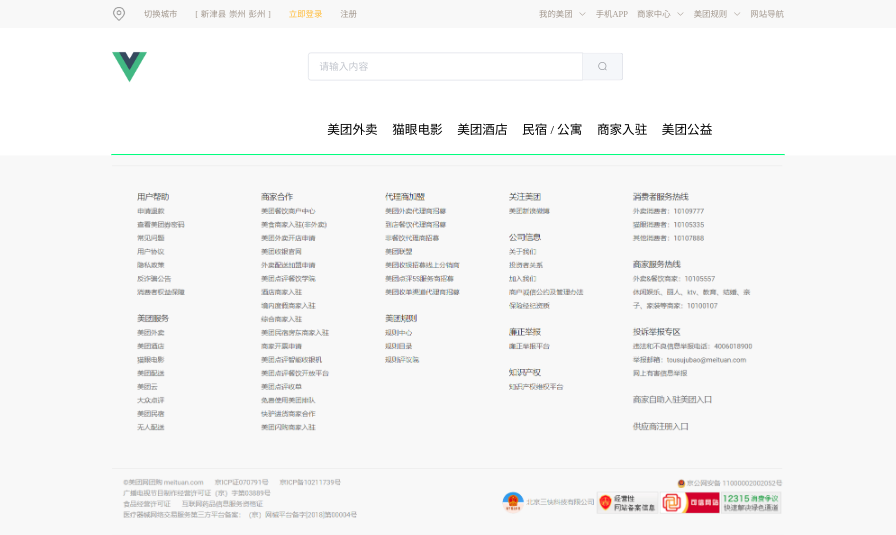
Repository: Wu-Tong-Xian/EasyMeituan
Page: /citySelection
An editor plug-in stored every save of this project. The page is shown before and after the next save, followed by the edit.
The browser window is 1280 px wide. The pictures show the part of the page from y = 0 to 1920 px (the page is 764 px tall before and 2764 px after), at 70% of full size.
The page's requests for data from a server got no answer. The project was rebuilt for these pictures with package versions that can differ from the ones it lists, and the page was loaded fresh each time. No one was signed in, and anything a server would have sent is missing. Also part of the build but not shown: vue.config.js, src/components/home/sortingRotations.vue, src/components/home/stylish.vue, src/views/Home.vue.

Above is the page before, as saved 2020-08-25 10:09:42.

### src/main.js
import Vue from 'vue'
import App from './App.vue'
import router from './router'
import store from './store'
import api from './http/api'  //引入http 里封装的api
// 因为封装了axios 在http引入了
// import axios from 'axios'//引入axios
// Vue.prototype.$axios = axios;//把axios挂载到vue上
// import '@/iconfont/iconfont.js';/*引入iconfont图标*/

// 引入element ui
import ElementUI from 'element-ui';
import 'element-ui/lib/theme-chalk/index.css';

Vue.config.productionTip = false
Vue.prototype.$api =api    //引入封装的http 下API
Vue.use(ElementUI);

new Vue({
  router,
  store,
  render: h => h(App)
}).$mount('#app')

### src/App.vue
<template>
  <div id="app">
    <router-view/>

  </div>
</template>

<style lang="scss">
@import "./style/components";
</style>

### src/router/index.js
import Vue from 'vue'
import VueRouter from 'vue-router'
import Home from '../views/Home.vue'
import layout from '../views/layout/layout.vue'

Vue.use(VueRouter)

  const routes = [
    {
      path:'/home',
      redirect:'/'
    },
  {
    path: '/',
    name: 'layout',
    component: layout,
    children:[{
      path:'',
      name:'/home',
      component:Home,
      meta:{
        title:'首页',
      },
    },
    {
      path: '/citySelection',
      name: 'citySelection',
      component: () => import( '../views/citySelection/citySelection.vue'),
      meta:{
        title:'城市选择',
      },
    },

  ]
  },
  {
    path: '/login',
    name: 'login',
    component: () => import(/* webpackChunkName: "about" */ '../views/login/login'),
    meta:{
      title:'登录页',
    },
  },
  {
    path: '/phoneApp',
    name: 'phoneApp',
    component: () => import(/* webpackChunkName: "about" */ '../views/phoneApp/phoneApp'),
    meta:{
      title:'手机App',
    },
  },
  {
    path: '/register',
    name: 'register',
    component: () => import(/* webpackChunkName: "about" */ '../views/register/register'),
    meta:{
      title:'注册',
    },
  },
  {
    path:'*',
    component: () => import(/* webpackChunkName: "about" */ '../views/err/err'),
  }

]

const router = new VueRouter({
  mode: 'history',
  base: process.env.BASE_URL,
  routes
})


//  设置 白名单： 登陆 注册  找回密码/
// let whitePath = [ '/login','/register','/findPwd']
// // let whitePath = [ '/login']

router.beforeEach((to,from,next) =>{
//   // 通过路由源信息（meta（写在路由后 在上面））给浏览器绑定名字
  document.title =to.meta.title
//   let user =JSON.parse(localStorage.getItem('user'))
//   // 如果用户跳转的就是登录页面就让他直接去
//   // 设置了白名单 这里就可以修改为
//   if(whitePath.includes(to.path)) {
//   // if(to.path === '/login') {
    next()
//   }else {
//     // 如果有user就让他调转其他页面 否则就调转到本页面
//       user ? next() : next('/login')
//     }
})


export default router

### src/http/api.js
// import api from './http/api'  //需要在main.js 里面引入 里封装的api
// Vue.prototype.$api =api      //需要在main.js 里面引入 里封装的api

//是用来封装所有的请求
import service from "./index" //http 下面叫index的 必须省略index.js
// import { get } from "core-js/fn/dict"
// import { get } from "core-js/fn/dict"

// export default{} 里面所有的属性就是请求方法
export default {
  // 3. 分类查询(get)   /classification?mallSubId=${id}   参数:  id:默认分类的id
  getClassification(id) {
    return service.get(`/classification?mallSubId=${id}`)
  },
  // 14. 获取用户信息(post) /queryUser
  getqueryUser() {
    return service.post(`queryUser`)
  },
  // 15. 修改保存用户信息(post) //saveUser 参数: gender:性别 year:年 month:月 day:日 id:用户id nickname:昵称
  getsaveUser({    gender,    year,    month,    day,    id,    nickname
  }) {
    return service.post('saveUser', {  gender,  year,  month, day, id,  nickname
    })
  },
  // 16. 查询用户订单数量(get)  // /myOrder/orderNum
  getorderNum() {
    return service.get(`/myOrder/orderNum`)
  },
// 上面是pc 发请求get(有参数跟没参数示例) post(有参数,跟没参数)

  // ###  获取定位  ```js   http://localhost:8888/position ```
  getposition() {
    return service.get(`/position`)
  },

  // ### 获取所有省份 ```js   http://localhost:8888/province```
  getProvince() {
    return service.get(`/province`)
  },

  // ### 获取省份所有城市  http://localhost:8888/citys/省份id
  getCitys(id) {
    return service.get(`/citys?id=${id}`)
  },

  // ### 获取城市具体信息  ``` js   http://localhost:8888/crumbs?city=城市名
  getcrumbs(city) {
    return service.get(`/crumbs?city=${city}`)
  },

  // ### 省市关联   http://localhost:8888/city
  getcity() {
    return service.get(`/city`)
  },

  // ### 热门城市   http://localhost:8888/hotCity
  gethotCity() {
    return service.get(`/hotCity`)
  },
  // ### 全部分类   http://localhost:8888/menu
  getmenu() {
    return service.get(`/menu`)
  },
  // ### 热门搜索   http://localhost:8888/hotPlace?city=城市名```
  gethotPlace(city) {

    return service.get(`/hotPlace?city=${city}`)
  },

  // ### 搜索建议    http://localhost:8888/searchTop?city=城市名&input=关键词```
  getsearchTop(city,input) {
    return service.get(`/searchTop?city=${city}&input=${input}`)
  },

  // ### 根据关键词搜索  http://localhost:8888/results?city=城市名&keyword=关键词 ```
  getresults(city,keyword) {
    return service.get(`/results?city=${city}&keyword=${keyword}`)
  },

  // ### 商铺详情  http://localhost:8888/products?keyword=商铺名称&city=城市名```
  getproducts(keyword,city) {
    return service.get(`/products?keyword=${keyword}&city=${city}`)
  },
  // ### 有格调 (调关键词搜索接口)   #### 对应的tab
  // - 约会聚餐 => 美食   - 丽人spa => 丽人   - 电影演出 => 电影
  // - 品质出游 => 旅游   - 全部 => 景点    ### 登录

  // ### 登录 http://localhost:8888/users/login (post)  参数: username: 用户名 password: 密码
  postlogin( username,  password  ) {
    return service.post('/users/login', {  username,  password    })
  },

  // ### 注册  http://localhost:8888/users/register (post)参数:
  //   - username: 用户名  - password: 密码  - email: 邮箱
  postregister( username, password, email) {
    return service.post('/users/register', {  username, password, email })
  },

  // ### 需要用到的图片路径

  //s0.meituan.net/bs/fe-web-meituan/2d05c2b/img/avatar.jpg   长耳朵大脸
  //p0.meituan.net/codeman/843d7347cb20d945e4bc39b6403f0515182965.png  住酒店
  //p1.meituan.net/codeman/16442c19da1f1c4544f794e29d99c92051716.jpg  涨姿势
  //p1.meituan.net/codeman/5b21cddb4bb1cbc3a9c3bce0f726c75940469.jpg  我是商家
  //p0.meituan.net/codeman/e473bb428f070321269b23370ff02ba956209.jpg  休闲生活
  //s1.meituan.net/bs/fe-web-meituan/60ac9a0/img/download-qr.png      二维码
  //s0.meituan.net/bs/file/?f=fe-sso-fs:build/page/static/banner/www.jpg   跑动的富兰克林

  // ### 协议链接   http://www.meituan.com/about/terms

  //登录 请求示例  第一种协防
  // login(params){
  //   //所有的方法必须return
  //   return service.post('/user/login',params)
  // },

  // 实例 第二种方法  解构赋值的写法
  // login(username,password) {
  //   return service.post('./user/login',{
  //     // username:username,
  //     username,   //简写其实是上面那样的 所以实参也是username
  //     password
  //   })
  // },

  //示例 获取所有文章  平时用字符转 ，如果有参数就用模板字符串
  // allArticle(id){
  //   return service.get(`./article/allArticle?id=${id}`)
  // },
  //示例 获取所有文章 get请求两个参数的情况
  // allArticle(){
  //   return service.get(`./article/allArticle?id=${id}&num=${num}`)
  // }
  // 上面是get post 封装请求的示例 封装完之后在main.js 里引用这个文件
  //   import api from "./http/api"
  //   Vue.pprototype 的原型链上自己取一个名字 特殊一点
  //   Vue.pprototype.$api =api
}

### src/style/components.scss
/* 整理出来的css 公共样式 */

* {
  padding: 0;
  margin: 0;
}

.d-block {
  display: block;
}

// 文字居中
.t-center {
  text-align: center;
}

/* display */

.fl {
  display: flex;
}

.j-center {
  justify-content: center;
}
.font-w {
  font-weight: 700;
}
/* 两边有间距比everny大一点中间等分 */

.j-around {
  justify-content: space-around;
}

/* 左右靠边 中间等分 */

.j-between {
  justify-content: space-between;
}
.j-center
/* 两边有间距中间等分 */

.j-evenly {
  justify-content: space-evenly;
}

// 常用盒子大小
.w-1200 {
  width: 1200px;
}

.w-1000 {
  width: 1000px;
}

// 常用字体的两个颜色和大小
.colg {
    color: #A1968C;
}

.colb {
    color: #1D3447;
}

.colw {
    color: #F9F9F9;
}
.colr{
    color: red;
}

.fz12 {
  font-size: 12px;
}

.fz14 {
  font-size: 14px;
}

.fz18 {
  font-size: 18px;
}

.pd-t20 {
  padding-top: 20px;
}

.pd-t10 {
  padding-top: 10px;
}.pd-r10 {
  padding-right: 10px;
}.pd-l10 {
  padding-left: 10px;
}

.pd-tb20 {
  padding: 20px 0 20px 0;
}
.pd-lr20 {
  padding: 0 20px 0 20px;
}
.mg-lr10 {
  margin: 0 10px 0 10px;
}
// 外边距
.mg0 {
  margin: 0 auto;
}

.mg20 {
  margin: 20px;
}
.mg10 {
  margin: 10px;
}
.mg-b20 {
  margin-bottom: 20px;
}
.mg-b10 {
  margin-bottom: 10px;
}
.mg-tb20 {
  margin: 20px 0 20px 0;
}

.mg-t10 {
  margin-top: 10px;
}

.mg-tb10 {
  margin: 10px 0 10px 0;
}

.mg-l20 {
  margin-left: 20px;
}

.mg-l10 {
  margin-left: 10px;
}

.mg-t20 {
  margin-top: 20px;
}

.mg-r20 {
  margin-right: 20px;
}

.mg-r10 {
  margin-right: 10px;
}
.mg-lr20 {
  margin: 0 20px 0 20px;
}

// 桌面背景颜色
.box {
  background: #f9f9f9;
}
// 鼠标附上去改变颜色
.h-hover:hover {
  color: #FFBB36;
}
.c-hover:hover {
  color: #000;
}
// 超出部分自动换行
.fl-wrap {
  flex-wrap: wrap;
}
// 超出部分不换行  为了横向移动效果
fl-nowrap {
  flex-wrap: nowrap;
}
// 超出本分文字隐藏 用..表示
.t-none {
  white-space: nowrap;
  overflow: hidden;
  text-overflow: ellipsis;
  width: 28vm;
}
// 鼠标移过变小手
.c-pointer {
  cursor: pointer;
}

.t-l{
  text-decoration:line-through
}
//  在顶部盒子取一个类名 吸顶效果
.ceiling {
  position:fixed;
  width:100%;
  z-index:999;
  background: #ededed;
}
// 下滑线
.t-u{
  text-decoration:underline
}
// 删除线
.t-l{
  text-decoration:line-through
}// 上滑线
.t-o{
  text-decoration:overline
}
.p-r{
  position: relative;
}
.mg-t2{
  margin-top:2px;
}
.mg-lr3 {
  margin: 0 3px 0 3px;
}

### src/views/layout/layout.vue
<template>
  <div class="m0">
    <!--头部公共-->
    <div class="head1">
      <div class="w960 fl j-between fz12 colg c-pointer">
        <!--头部左边-->
        <div class="fl left-head1 j-between">
          <div @click="open1" class="fl">
            <img class="position1" src="../../assets/position1.png" alt />
            <div>{{city}}</div>
          </div>
          <div @click="citySelection" class="h-hover">切换城市</div>
          <div @click="open" class="fl">
            <div>[</div>
            <div class="mg-lr4 h-hover">新津县</div>
            <div class="h-hover">崇州</div>
            <div class="mg-lr4 h-hover">彭州</div>
            <div>]</div>
          </div>
          <div @click="gologin" class="h-hover ys">立即登录</div>
          <div @click="goregister" class="h-hover">注册</div>
        </div>
        <!--头部又边-->
        <div class="fl p-r j-between left-head1">
          <!-- 下拉菜单 -->
          <el-dropdown size="mini">
            <span class="el-dropdown-link h-hover colg fz12">
              我的美团
              <i class="el-icon-arrow-down el-icon--right"></i>
            </span>
            <el-dropdown-menu slot="dropdown">
              <el-dropdown-item>我的订单</el-dropdown-item>
              <el-dropdown-item>我的收藏</el-dropdown-item>
              <el-dropdown-item>抵用卷</el-dropdown-item>
              <el-dropdown-item>账户设置</el-dropdown-item>
            </el-dropdown-menu>
          </el-dropdown>

          <div @click="gophoneApp" class="h-hover">手机APP</div>
          <!-- 下拉菜单 -->
          <el-dropdown size="mini">
            <span class="el-dropdown-link h-hover colg fz12">
              商家中心
              <i class="el-icon-arrow-down el-icon--right"></i>
            </span>
            <el-dropdown-menu slot="dropdown">
              <el-dropdown-item>美团商饮餐户</el-dropdown-item>
              <el-dropdown-item>登录商家中心</el-dropdown-item>
              <el-dropdown-item>美团只能收银</el-dropdown-item>
              <el-dropdown-item>我想合作</el-dropdown-item>
              <el-dropdown-item>手机免费开店</el-dropdown-item>
              <el-dropdown-item>餐饮代理商招募</el-dropdown-item>
              <el-dropdown-item>商家免费开票</el-dropdown-item>
              <el-dropdown-item>免费合作美团合作</el-dropdown-item>
            </el-dropdown-menu>
          </el-dropdown>
          <!-- 下拉菜单 -->
          <el-dropdown size="mini">
            <span class="el-dropdown-link h-hover colg fz12">
              美团规则
              <i class="el-icon-arrow-down el-icon--right"></i>
            </span>
            <el-dropdown-menu slot="dropdown">
              <el-dropdown-item>美团中心</el-dropdown-item>
              <el-dropdown-item>美团规则</el-dropdown-item>
              <el-dropdown-item>美团评议员</el-dropdown-item>
            </el-dropdown-menu>
          </el-dropdown>
          <div class="h-hover nav fl">
            <div>网站导航</div>
            <div class="navigation">
              <div class="fl j-around">
                <div class="fz14 colg">
                  <div class="colb t-center">酒店旅游</div>
                  <div class="fl">
                    <div class="box1">
                      <div>国际机票</div>
                      <div>经济型酒店</div>
                      <div>公寓</div>
                      <div>青年旅舍</div>
                      <div>农家院</div>
                    </div>
                    <div class="box1 mg-lr20">
                      <div>火车站</div>
                      <div>主体酒店</div>
                      <div>豪华酒店</div>
                      <div>度假酒店</div>
                    </div>
                    <div class="box1">
                      <div>民宿</div>
                      <div>商务酒店</div>
                      <div>客栈</div>
                      <div>别墅</div>
                    </div>
                  </div>
                </div>

                <div class="fz14 colg">
                  <div class="colb t-center">吃美食</div>
                  <div class="fl">
                    <div class="box1 mg-r20">
                      <div>烤鱼</div>
                      <div>烧烤</div>
                      <div>火锅</div>
                    </div>
                    <div class="box1">
                      <div>特色</div>
                      <div>自助小吃</div>
                      <div>代金卷</div>
                    </div>
                  </div>
                </div>

                <div class="fz14 colg">
                  <div class="colb t-center">看电影</div>
                  <div class="box1">
                    <div>热映电影</div>
                    <div>热门电影</div>
                    <div>热映电影口碑榜</div>
                    <div>最受期待电影</div>
                    <div>国内票行榜</div>
                    <div>欧美票行榜</div>
                    <div>电影排行榜</div>
                  </div>
                </div>

                <div class="fz14 colg">
                  <div class="colb t-center">手机应用</div>
                  <div class="box1">
                    <div>
                      <img src="../../assets/mei1.png" alt />
                    </div>
                    <div>
                      <img src="../../assets/mei2.png" alt />
                    </div>
                  </div>
                </div>
              </div>
            </div>
          </div>
        </div>
        <!-- 网站导航 鼠标移入的样式 -->
      </div>
    </div>
    <!--logo 搜索公共部分-->
    <div class="search-box">
      <div class="w9601">
        <div class="fl j-between">
          <img class="logo" src="../../assets/logo.png" alt />
          <div class="input-box j-between p-r">
            <el-input
              @input="search1"
              @focus="focus"
              @blur="blur"
              placeholder="请输入内容"
              v-model="keyword"
              class="input-with-select"
            >
              <el-button slot="append" icon="el-icon-search"></el-button>
            </el-input>

            <div v-if="flag === true" class="fl history j-between">
              <div class="mg-l20">搜索历史</div>
              <div @click="a11" class="mg-r20">删除历史记录</div>
            </div>
            <div v-if="keyword !== ''" class="name-box">
              <div v-for="(item,index) in searchList" :key="index">
                <div @click="detail(item)" v-if="index < 11" class="name1 mg-l10">{{item.name}}</div>
              </div>
            </div>
          </div>
          <div></div>
        </div>
        <div class="fl j-around">
          <div></div>
          <div class="fl bottom-box j-between">
            <div>美团外卖</div>
            <div>猫眼电影</div>
            <div>美团酒店</div>
            <div>民宿 / 公寓</div>
            <div>商家入驻</div>
            <div>美团公益</div>
          </div>
        </div>
      </div>
    </div>
    <router-view></router-view>
    <div class="dbl-box1">
      <div class="dbl-box">
        <img class="dbl c-pointer" src="../../assets/底部栏.png" alt />
      </div>
    </div>
  </div>
</template>

<script>
export default {
  name: "",
  props: {},
  components: {},
  data() {
    return {
      flag: false,
      keyword: "",
      city: "",
      searchList: [], //搜索列表
      searchTopList: [], //搜索建议
    };
  },
  methods: {
    a11() {
      console.log(111);
    },
    focus() {
      this.flag = true;
      console.log(this.flag);
    },
    blur() {
      // setTimeout(function() {
      this.flag = false;
      // }, 5000);
    },
    detail(item) {
      this.$message("你点你爹呢,瓜皮,");
    },

    // 搜索建议
    search1() {
      if (this.keyword !== "") {
        this.$api
          .getresults(this.city, this.keyword)
          .then((res) => {
            console.log(res);
            this.searchList = res.data.pois;
          })
          .catch((err) => {
            console.log(err);
          });
        // 搜索关键字  因为这里传城市 跟关键字 不处理就是成都市 我只要成都
        //  this.city.slice(2,3);
        // console.log(this.city);
        // this.$api
        //   .getsearchTop(this.city, this.keyword)
        //   .then((res) => {
        //     console.log(res);
        //     this.searchTopList = res.data.pois;
        //   })
        //   .catch((err) => {
        //     console.log(err);
        //   });
      }
    },
    gophoneApp() {
      this.$router.push("phoneApp");
    },
    gologin() {
      this.$router.push("login");
    },
    goregister() {
      this.$router.push("register");
    },
    open() {
      this.$message("想太多,这里只是装饰");
    },
    open1() {
      this.$message("请点击又边的切换城市");
    },
    getpotions() {
      this.$api
        .getposition()
        .then((res) => {
          console.log(res);
          this.city = JSON.parse(res.data).city;
        })
        .catch((err) => {
          console.log(err);
        });
    },
    citySelection() {
      this.$router.push("citySelection");
    },
  },
  mounted() {
    this.getpotions();
  },
  watch: {},
  computed: {},
};
</script>

<style scoped lang='scss'>
// 头部样式
.head1 {
  width: 100%;
  height: 40px;
  background: #f8f8f8;
}
.w960 {
  margin: 0 auto;
  width: 960px;
  height: 40px;
  line-height: 40px;
}
.position1 {
  width: 20px;
  height: 20px;
  margin-top: 10px;
}

.left-head1 {
  width: 350px;
}
.mg-lr4 {
  margin: 0 4px 0 4px;
}
.ys {
  color: #ffbb36;
}
.el-dropdown-item {
  color: #ffbb36;
}
.nav:hover {
  background: #ffffff;
  .navigation {
    display: block;
  }
}
.navigation {
  position: absolute;
  left: -174.4%;
  top: 100%;
  width: 960px;
  height: 320px;
  background: #ffffff;
  display: none;
  z-index: 11;
}
.box1 {
  margin-top: 20px;
  line-height: 35px;
  text-align: center;
}
// 搜索盒子样式
.search-box {
  width: 100%;
  height: 180px;
  background: #ffffff;
}
.w9601 {
  margin: 0 auto;
  width: 960px;
  height: 180px;
  line-height: 110px;
}
.logo {
  margin-top: 31px;
  height: 50px;
}
.input-box {
  width: 450px;
}
.history {
  box-shadow: 0 0 5px rgb(32, 29, 29);
  width: 391px;
  height: 105px;
  background: #ffffff;
  color: #201d1d;
  font-size: 16px;
  line-height: 25px;
  position: absolute;
  top: 77px;
  border-radius: 5px;
}
.name-box {
  box-shadow: 0 0 5px rgb(32, 29, 29);
  width: 391px;
  height: 256px;
  background: #ffffff;
  color: #807878;
  font-size: 14px;
  position: absolute;
  top: 77px;
}
.name1 {
  line-height: 26px;
}
.bottom-box {
  font-size: 18px;
  width: 550px;
  line-height: 70px;
}
.dbl-box1 {
  width: 100%;
  background: #f8f8f8;
}
.dbl-box {
  margin: 0 auto;
  width: 960px;
  background: #f8f8f8;
}

.dbl {
  margin: 0 auto;
  width: 960px;
}
</style>

### src/views/citySelection/citySelection.vue
<template>
<div>
  <div class="w960">

  </div>
</div>
</template>

<script>
export default {
  name: '',
  props: {},
  components: {

  },
  data() {
    return {

    }
  },
  methods: {

  },
  mounted() {

  },
  watch: {

  },
  computed: {

  }
}
</script>

<style lang="scss" scoped>
.w960 {
  width: 960px;
  margin: 0 auto;
  background: white;
  border: 1px solid springgreen;
}
</style>

### src/http/index.js
// http 专门用来发送请求
// 如果下面的文件叫index  可以不用引导index.js 只用到http
// 封装axios

import axios from 'axios'

//创建axios的实例    const service =axios.create(创造的意思) 是一个对象
const service =axios.create({
  // 请求的基础路径 如果配置了基础路径 在实际发请求的时候可以省略
  baseURL:'/api',
  // 超时时间配置 毫秒为单位：timeout
  timeout:10000   //如果发送请求超过10S就会请求失败
})



//相应拦截   固定写法
service.interceptors.response.use(res =>{
  return res.data   //之前都是res.data.data  现在就可以少些一层data
})
//export default(默认导出)
export default service

Loaded but not shown: public/index.html (common file); src/store/index.js (common file)

After the next save:
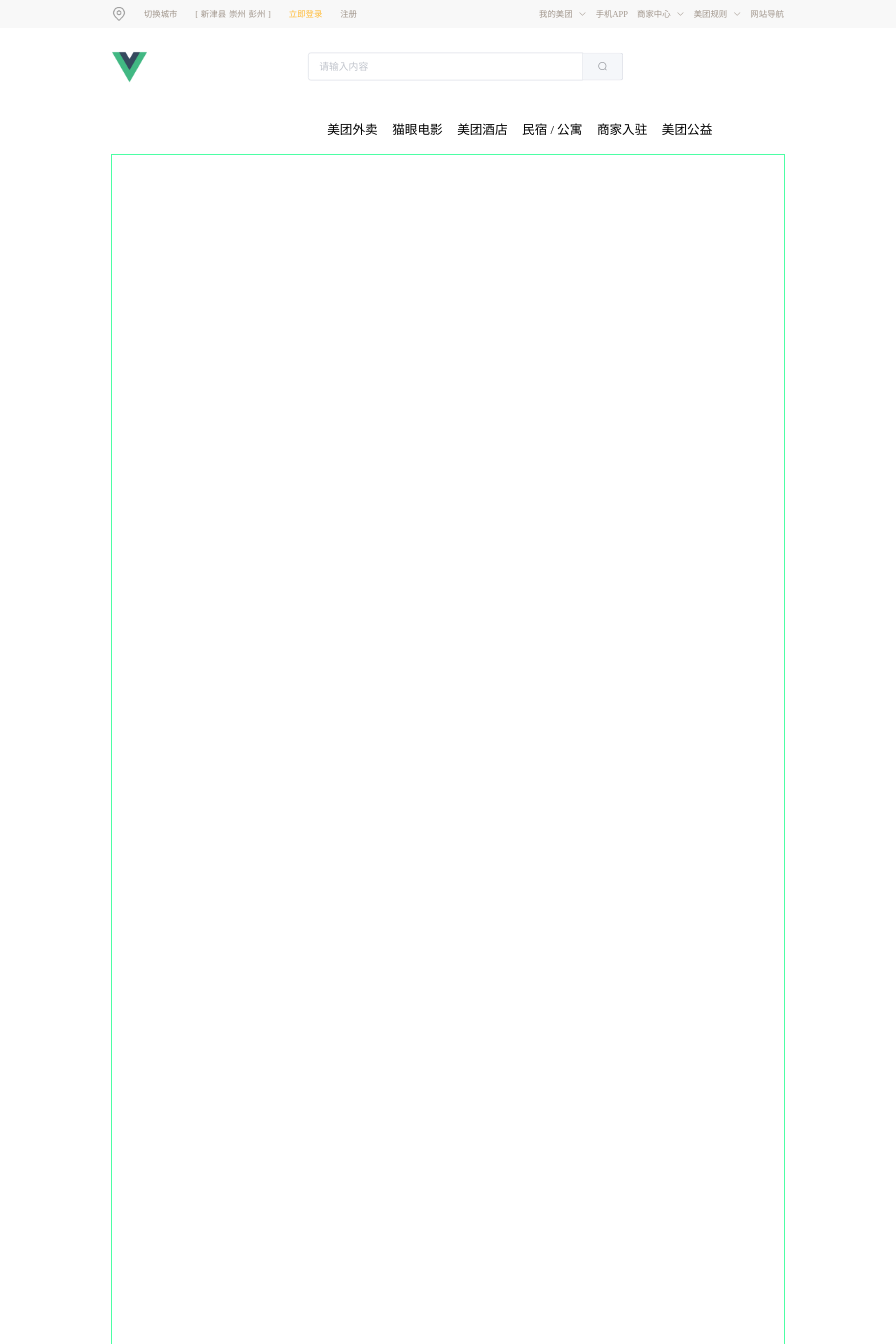
Saved 9 s later.
--- a/src/views/citySelection/citySelection.vue
+++ b/src/views/citySelection/citySelection.vue
@@ -36,6 +36,7 @@
 <style lang="scss" scoped>
 .w960 {
   width: 960px;
+  height: 2000px;
   margin: 0 auto;
   background: white;
   border: 1px solid springgreen;
